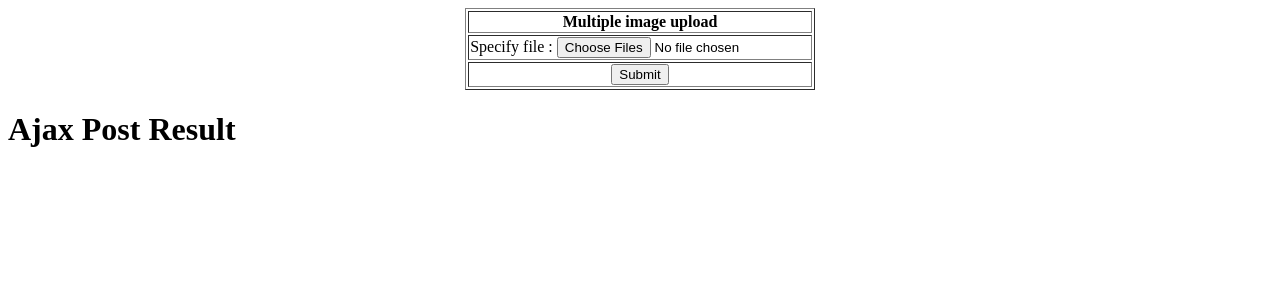
Repository: UnforgivenZZZ/bulldog
Page: http://localhost/bulldog/up.jsp
These files come from the project's save history. The page is drawn as it stood at one moment and after the next save; the edit follows.
The browser window is 1280 px wide. The pictures show the whole page.
The page is served by Tomcat 9. Other server files are loaded and not shown.

Above is the page before, as saved 2017-07-18 04:38:25.

### bulldog/WebContent/up.jsp
<%@ page language="java" contentType="text/html; charset=ISO-8859-1"
    pageEncoding="ISO-8859-1"%>
<!DOCTYPE html PUBLIC "-//W3C//DTD HTML 4.01 Transitional//EN" "http://www.w3.org/TR/html4/loose.dtd">
<html>
<head>
<meta http-equiv="Content-Type" content="text/html; charset=ISO-8859-1">
<title>Upload page</title>
</head>
<body>
	<form id="fileUploadForm" action="upload?adminid=<%=(Integer) session.getAttribute("admin_id") %>" method="post" enctype="multipart/form-data" name="form1" id="form1">
		<center>
			<table border="1">
				<tr>
					<td align="center"><b>Multiple image upload</b></td>
				</tr>
				<tr>
					<td>
						Specify file : <input accept=".jpg,.png" name="file" type="file" id="file" multiple>
					</td>
				</tr>

				<tr>
					<td align="center">
   		 				<input type="submit" value="Submit" id="btnSubmit"/>
					</td>
				</tr>
			</table>
		</center>
	</form>

<h1>Ajax Post Result</h1>
<span id="result"></span>

<script src="https://ajax.googleapis.com/ajax/libs/jquery/2.2.4/jquery.min.js"></script>
<script>
$(document).ready(function () {

    $("#btnSubmit").click(function (event) {

        //stop submit the form, we will post it manually.
        event.preventDefault();

        // Get form
        var form = $('#fileUploadForm')[0];

		// Create an FormData object
        var data = new FormData(form);



		// disabled the submit button
        $("#btnSubmit").prop("disabled", true);

        $.ajax({
            type: "POST",
            enctype: 'multipart/form-data',
            url: "/upload",
            data: data,
            processData: false,
            contentType: false,
            cache: false,
            timeout: 600000,
            success: function (data) {

                $("#result").text(data);
                console.log("SUCCESS : ", data);
                $("#btnSubmit").prop("disabled", false);

            },
            error: function (e) {

                $("#result").text(e.responseText);
                console.log("ERROR : ", e);
                $("#btnSubmit").prop("disabled", false);

            }
        });

    });

});
</script>
</body>

</html>

After the next save:
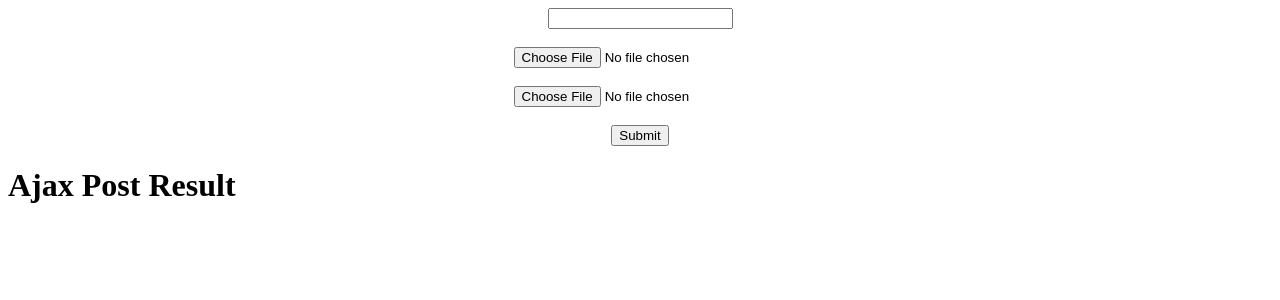
Saved 5 min 9 s later.
--- a/bulldog/WebContent/up.jsp
+++ b/bulldog/WebContent/up.jsp
@@ -9,22 +9,10 @@
 <body>
 	<form id="fileUploadForm" action="upload?adminid=<%=(Integer) session.getAttribute("admin_id") %>" method="post" enctype="multipart/form-data" name="form1" id="form1">
 		<center>
-			<table border="1">
-				<tr>
-					<td align="center"><b>Multiple image upload</b></td>
-				</tr>
-				<tr>
-					<td>
-						Specify file : <input accept=".jpg,.png" name="file" type="file" id="file" multiple>
-					</td>
-				</tr>
-
-				<tr>
-					<td align="center">
-   		 				<input type="submit" value="Submit" id="btnSubmit"/>
-					</td>
-				</tr>
-			</table>
+			<input type="text" name="extraField"/><br/><br/>
+    <input type="file" name="files"/><br/><br/>
+    <input type="file" name="files"/><br/><br/>
+    <input type="submit" value="Submit" id="btnSubmit"/>
 		</center>
 	</form>
 
@@ -46,7 +34,8 @@ $(document).ready(function () {
 		// Create an FormData object
         var data = new FormData(form);
 
-
+		// If you want to add an extra field for the FormData
+        data.append("CustomField", "This is some extra data, testing");
 
 		// disabled the submit button
         $("#btnSubmit").prop("disabled", true);
